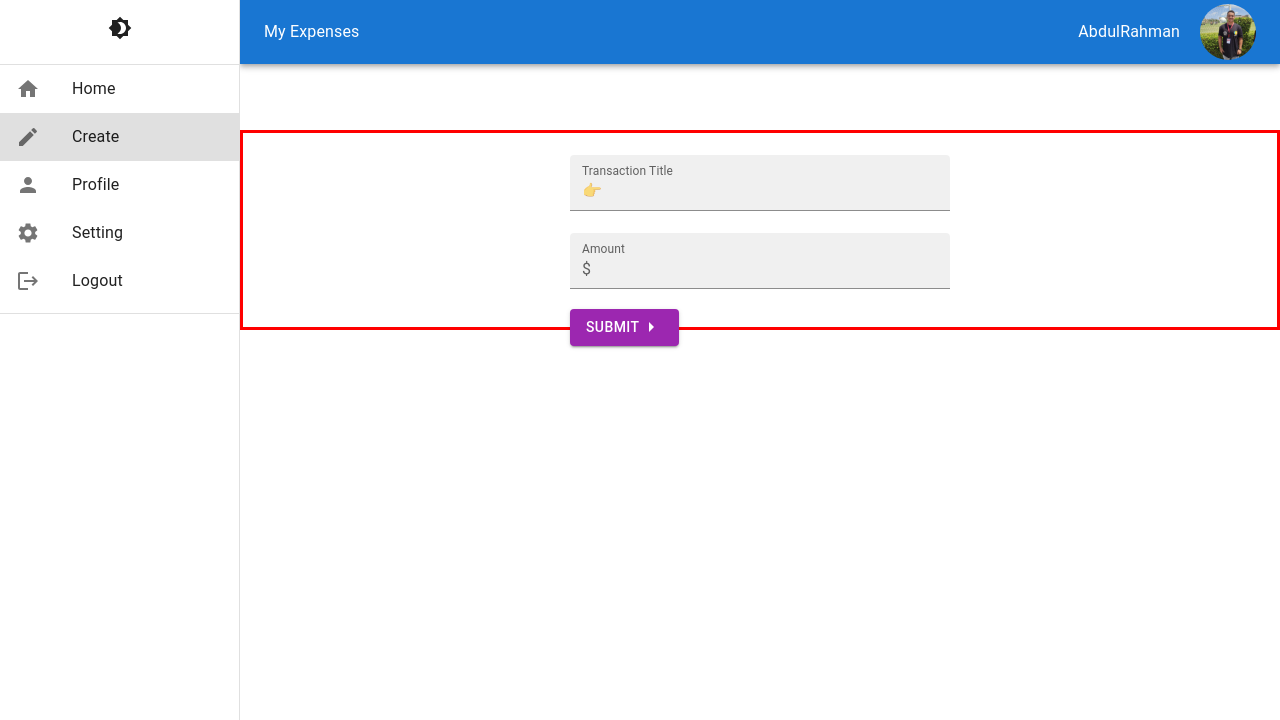
Repository: abdulrahmanmahmood/Expenses-APP
Page: /create
An editor plug-in stored every save of this project. The page is shown before and after a run of saves, followed by the edit.
The browser window is 1280 px wide. The pictures show the whole page.
The project was rebuilt for these pictures with package versions that can differ from the ones it lists, and the page was loaded fresh each time. Also part of the build but not shown: src/App.css, src/App.js. Imported but missing from the stored project, and not drawn on this page: src/pages/home/Home.

Above is the page before, as saved 2023-10-03 21:29:12.

After the next 4 saves:
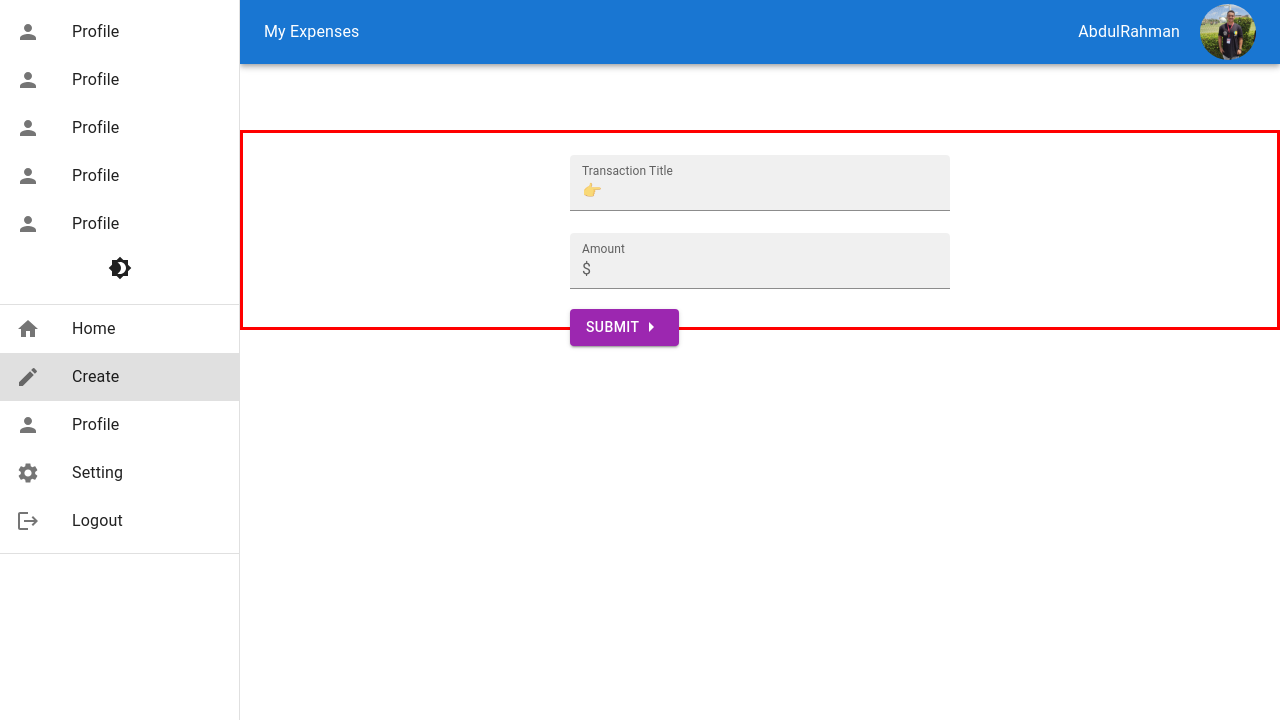
The 4 saves are shown as one change because 2 did not build or start and some came seconds apart.
The last was saved 23 s later.
--- a/src/MUI-components/Drawer.jsx
+++ b/src/MUI-components/Drawer.jsx
@@ -71,7 +71,16 @@ const Drawerr = ({
       }}
     >
       <List>
-        {myList.map(()=>{})}
+        {myList.map((item)=>(
+                  <ListItem disablePadding>
+                  <ListItemButton>
+                    <ListItemIcon>
+                      <Person />
+                    </ListItemIcon>
+                    <ListItemText primary="Profile" />
+                  </ListItemButton>
+                </ListItem>
+        ))}
         <ListItem disablePadding sx={{ mr: "auto", ml: "auto", mb: "16px" }}>
           <IconButton
             sx={{ mr: "auto", ml: "auto" }}
